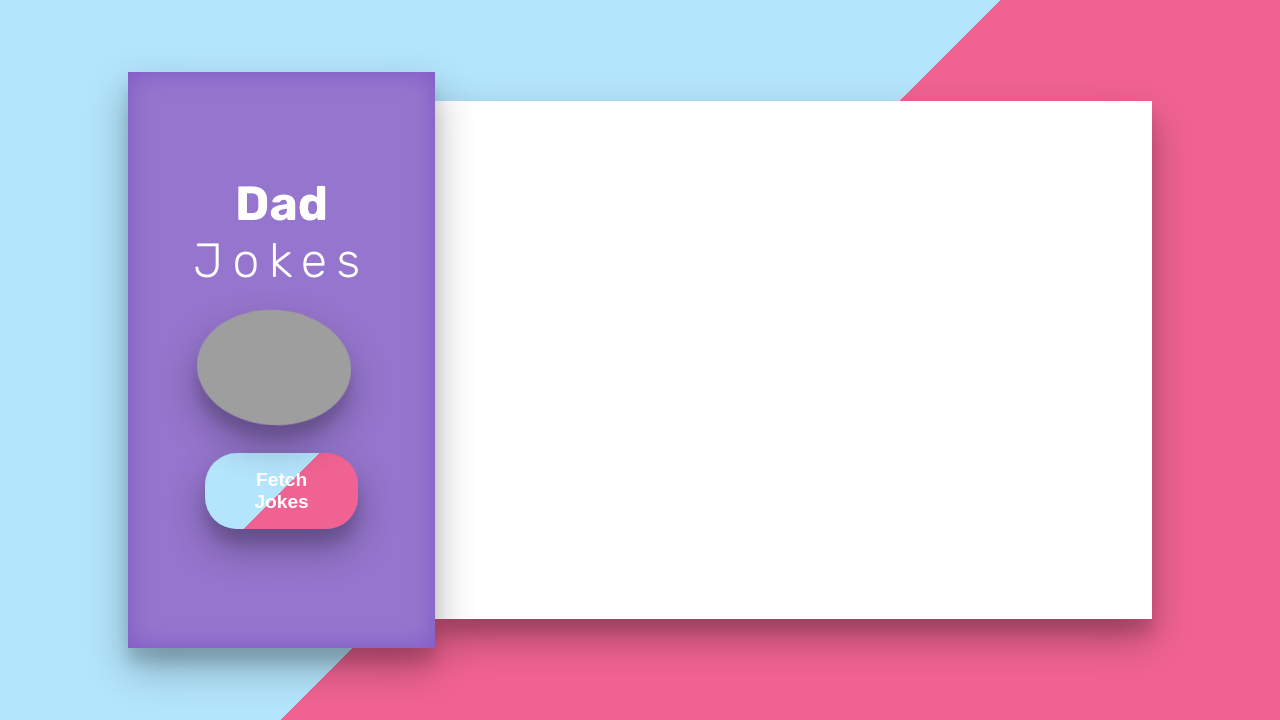
Repository: zhapar/dad-jokes
Page: /
These files come from the project's save history. The page is drawn as it stood at one moment and after the next save; the edit follows.
The browser window is 1280 px wide. The pictures show the whole page.
The pointer rests on the first visible `.JokeList-sidebar img`.
Pictures or frames that could not be fetched are drawn as grey boxes. The page's requests for data from a server got no answer. The project was rebuilt for these pictures with package versions that can differ from the ones it lists, and the page was loaded fresh each time. No one was signed in, and anything a server would have sent is missing. Also part of the build but not shown: src/Joke.css, src/Joke.js.

Above is the page before, as saved 2020-08-30 16:01:54.

### src/App.js
import React from "react";
import JokeList from "./JokeList";
import "./App.css";

function App() {
  return (
    <div className="App">
      <JokeList />
    </div>
  );
}

export default App;

### src/JokeList.js
import React, { Component } from "react";
import Joke from "./Joke";
import axios from "axios";
import { v4 as uuid } from "uuid";
import "./JokeList.css";

class JokeList extends Component {
  static defaultProps = {
    numJokesToGet: 10,
  };

  constructor(props) {
    super(props);
    this.state = {
      loading: false,
      jokes: JSON.parse(window.localStorage.getItem("jokes") || "[]"),
    };
    this.seenJokes = new Set(this.state.jokes.map((j) => j.text));
    this.handleClick = this.handleClick.bind(this);
  }

  componentDidMount() {
    if (this.state.jokes.length === 0) {
      this.getJokes();
    }
  }

  async getJokes() {
    try {
      let jokes = [];
      while (jokes.length < this.props.numJokesToGet) {
        let res = await axios.get("https://icanhazdadjoke.com/", {
          headers: { Accept: "application/json" },
        });
        const newJoke = res.data.joke;
        if (!this.seenJokes.has(newJoke)) {
          jokes.push({ id: uuid(), text: newJoke, votes: 0 });
        } else {
          console.log(`It's duplicate: ${newJoke}`);
        }
      }
      this.setState(
        (st) => ({
          loading: false,
          jokes: [...st.jokes, ...jokes],
        }),
        () => {
          window.localStorage.setItem(
            "jokes",
            JSON.stringify(this.state.jokes)
          );
        }
      );
    } catch (e) {
      alert(e);
    }
  }

  handleVote(id, delta) {
    this.setState(
      (st) => ({
        jokes: st.jokes.map((j) =>
          j.id === id ? { ...j, votes: j.votes + delta } : j
        ),
      }),
      () => {
        window.localStorage.setItem("jokes", JSON.stringify(this.state.jokes));
      }
    );
  }

  handleClick() {
    this.setState({ loading: true }, this.getJokes);
  }

  render() {
    if (this.state.loading) {
      return (
        <div className="JokeList-spinner">
          <i className="far fa-laugh fa-8x fa-spin"></i>
          <h1 className="JokeList-title">Loading...</h1>
        </div>
      );
    }
    let jokes = this.state.jokes.sort((a, b) => b.votes - a.votes);
    return (
      <div className="JokeList">
        <div className="JokeList-sidebar">
          <h1 className="JokeList-title">
            <span>Dad</span> Jokes
          </h1>
          <img
            src="https://assets.dryicons.com/uploads/icon/svg/8927/0eb14c71-38f2-433a-bfc8-23d9c99b3647.svg"
            alt="Smiling"
          />
          <button className="JokeList-getmore" onClick={this.handleClick}>
            Fetch Jokes
          </button>
        </div>
        <div className="JokeList-jokes">
          {jokes.map((j) => (
            <Joke
              key={j.id}
              text={j.text}
              votes={j.votes}
              upvote={() => this.handleVote(j.id, 1)}
              downvote={() => this.handleVote(j.id, -1)}
            />
          ))}
        </div>
      </div>
    );
  }
}

export default JokeList;

### src/App.css
@import url('https://fonts.googleapis.com/css2?family=Rubik:wght@300;400;700&display=swap');

.App {
  display: flex;
  justify-content: center;
  align-items: center;
  height: 100vh;
  font-family: 'Rubik', sans-serif;
  color: #78909c;
  background: linear-gradient(135deg,
      rgba(179, 229, 252, 1) 0%,
      rgba(179, 229, 252, 1) 50%,
      rgba(240, 98, 146, 1) 50%,
      rgba(240, 98, 146, 1) 100%);
}

### src/JokeList.css
.JokeList {
  display: flex;
  width: 80%;
  height: 80%;
}

.JokeList-sidebar {
  background-color: #9575cd;
  display: flex;
  flex-direction: column;
  justify-content: center;
  align-items: center;
  width: 30%;
  text-align: center;
  box-shadow: 0 19px 38px rgba(0, 0, 0, .3), 0 15px 12px rgba(0, 0, 0, .1), inset 0 0 25px #7e57c2;
  z-index: 1;
}

.JokeList-title {
  font-size: 3rem;
  margin: 1rem;
  color: #ffffff;
  font-weight: 300;
  letter-spacing: 0.6rem;
}

.JokeList-title span {
  font-weight: 700;
  letter-spacing: 0;
}

.JokeList-sidebar img {
  width: 50%;
  box-shadow: 0 19px 38px rgba(0, 0, 0, 0.3), 0 15px 12px rgba(0, 0, 0, 0.1);
  border-radius: 50%;
}

.JokeList-sidebar img:hover {
  animation-name: shake-slow;
  animation-duration: 5s;
  animation-timing-function: ease-in-out;
  animation-delay: 0s;
}

.JokeList-jokes {
  height: 90%;
  background: #ffffff;
  align-self: center;
  width: 70%;
  overflow-y: scroll;
  box-shadow: 0 19px 38px rgba(0, 0, 0, 0.3), 0 15px 12px rgba(0, 0, 0, 0.1);
}

.JokeList-spinner {
  color: #fff;
  text-align: center;
}

.JokeList-getmore {
  width: 50%;
  font-size: 1.2rem;
  margin: 2rem;
  padding: 1rem 2rem;
  border-radius: 2rem;
  word-spacing: 0.5rem;
  border: none;
  outline: none;
  color: #ffffff;
  cursor: pointer;
  transition: 0.8s cubic-bezier(0.2, 1, 0.2, 1);
  font-weight: 700;
  box-shadow: 0 19px 38px rgba(0, 0, 0, 0.3), 0 15px 12px rgba(0, 0, 0, 0.1);
  background: linear-gradient(135deg,
      rgba(179, 229, 252, 1) 0%,
      rgba(179, 229, 252, 1) 50%,
      rgba(240, 98, 146, 1) 50%,
      rgba(240, 98, 146, 1) 100%);
}

.JokeList-getmore:hover {
  box-shadow: 0 15px 30px rgba(0, 0, 0, 0.25);
  transform: translateY(-2px);
}

@keyframes shake-slow {
  0% {
    transform: translate(0px, 0px) rotate(0deg);
  }

  2% {
    transform: translate(5px, -6px) rotate(3.5deg);
  }

  4% {
    transform: translate(1px, -4px) rotate(2.5deg);
  }

  6% {
    transform: translate(-4px, -6px) rotate(0.5deg);
  }

  8% {
    transform: translate(2px, -9px) rotate(-0.5deg);
  }

  10% {
    transform: translate(5px, -5px) rotate(0.5deg);
  }

  12% {
    transform: translate(6px, 1px) rotate(0.5deg);
  }

  14% {
    transform: translate(5px, 2px) rotate(-1.5deg);
  }

  16% {
    transform: translate(8px, -6px) rotate(-0.5deg);
  }

  18% {
    transform: translate(-6px, -6px) rotate(3.5deg);
  }

  20% {
    transform: translate(-8px, 7px) rotate(-1.5deg);
  }

  22% {
    transform: translate(3px, 9px) rotate(1.5deg);
  }

  24% {
    transform: translate(-7px, 6px) rotate(3.5deg);
  }

  26% {
    transform: translate(9px, -5px) rotate(1.5deg);
  }

  28% {
    transform: translate(10px, 1px) rotate(-1.5deg);
  }

  30% {
    transform: translate(-8px, 5px) rotate(3.5deg);
  }

  32% {
    transform: translate(-9px, 5px) rotate(-1.5deg);
  }

  34% {
    transform: translate(-6px, 8px) rotate(0.5deg);
  }

  36% {
    transform: translate(6px, -2px) rotate(0.5deg);
  }

  38% {
    transform: translate(3px, 3px) rotate(3.5deg);
  }

  40% {
    transform: translate(6px, 10px) rotate(-1.5deg);
  }

  42% {
    transform: translate(2px, -2px) rotate(1.5deg);
  }

  44% {
    transform: translate(-6px, 8px) rotate(-0.5deg);
  }

  46% {
    transform: translate(-5px, 9px) rotate(-2.5deg);
  }

  48% {
    transform: translate(-4px, 2px) rotate(3.5deg);
  }

  50% {
    transform: translate(-9px, -3px) rotate(-1.5deg);
  }

  52% {
    transform: translate(3px, -2px) rotate(1.5deg);
  }

  54% {
    transform: translate(10px, 8px) rotate(3.5deg);
  }

  56% {
    transform: translate(7px, 8px) rotate(0.5deg);
  }

  58% {
    transform: translate(-4px, -3px) rotate(-0.5deg);
  }

  60% {
    transform: translate(9px, -4px) rotate(-1.5deg);
  }

  62% {
    transform: translate(-8px, -6px) rotate(1.5deg);
  }

  64% {
    transform: translate(-1px, -2px) rotate(3.5deg);
  }

  66% {
    transform: translate(0px, -8px) rotate(0.5deg);
  }

  68% {
    transform: translate(8px, -7px) rotate(0.5deg);
  }

  70% {
    transform: translate(3px, 4px) rotate(1.5deg);
  }

  72% {
    transform: translate(3px, 2px) rotate(1.5deg);
  }

  74% {
    transform: translate(-5px, -9px) rotate(0.5deg);
  }

  76% {
    transform: translate(1px, -8px) rotate(2.5deg);
  }

  78% {
    transform: translate(3px, 7px) rotate(-1.5deg);
  }

  80% {
    transform: translate(-9px, -4px) rotate(0.5deg);
  }

  82% {
    transform: translate(0px, -4px) rotate(-2.5deg);
  }

  84% {
    transform: translate(-7px, -3px) rotate(0.5deg);
  }

  86% {
    transform: translate(-8px, 6px) rotate(-1.5deg);
  }

  88% {
    transform: translate(3px, 4px) rotate(2.5deg);
  }

  90% {
    transform: translate(5px, 7px) rotate(2.5deg);
  }

  92% {
    transform: translate(2px, -8px) rotate(-2.5deg);
  }

  94% {
    transform: translate(-1px, -2px) rotate(-1.5deg);
  }

  96% {
    transform: translate(-4px, 10px) rotate(-1.5deg);
  }

  98% {
    transform: translate(10px, -9px) rotate(2.5deg);
  }
}

Loaded but not shown: src/index.js (common file); src/index.css (common file); src/serviceWorker.js (common file)

After the next save:
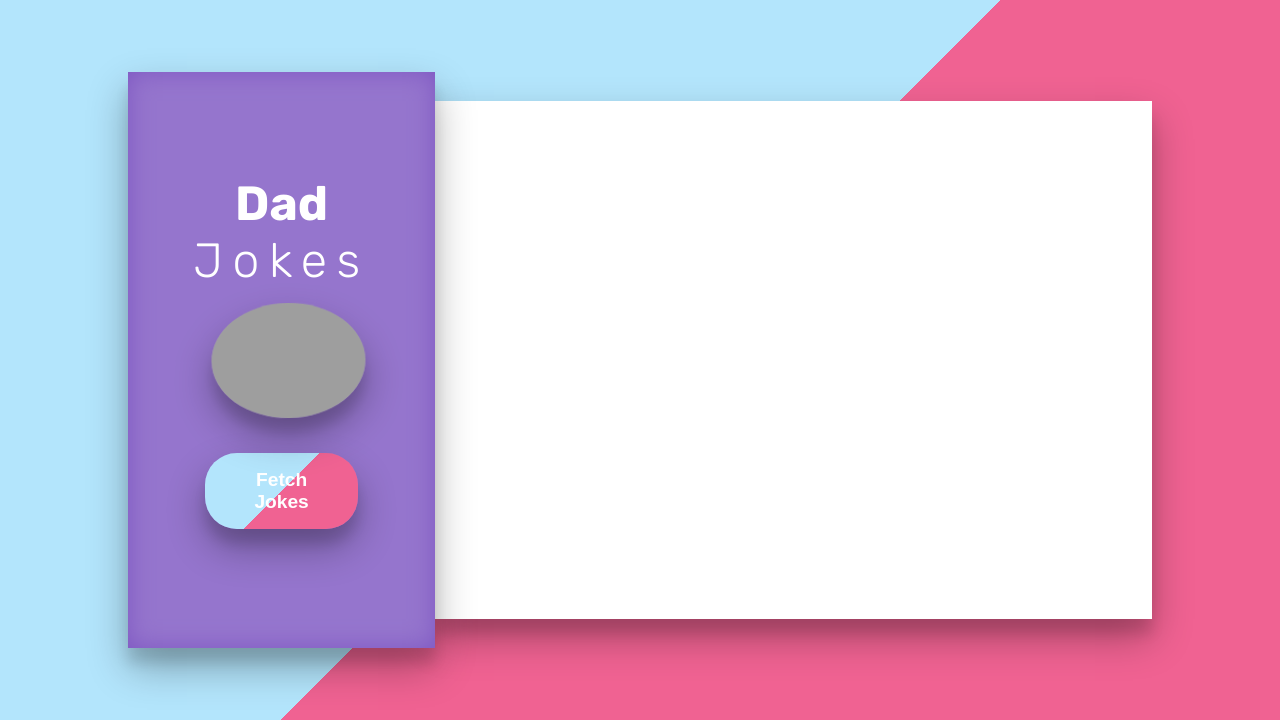
Saved 18 s later.
--- a/src/JokeList.css
+++ b/src/JokeList.css
@@ -37,7 +37,7 @@
 
 .JokeList-sidebar img:hover {
   animation-name: shake-slow;
-  animation-duration: 5s;
+  animation-duration: 10s;
   animation-timing-function: ease-in-out;
   animation-delay: 0s;
 }

After the save that followed:
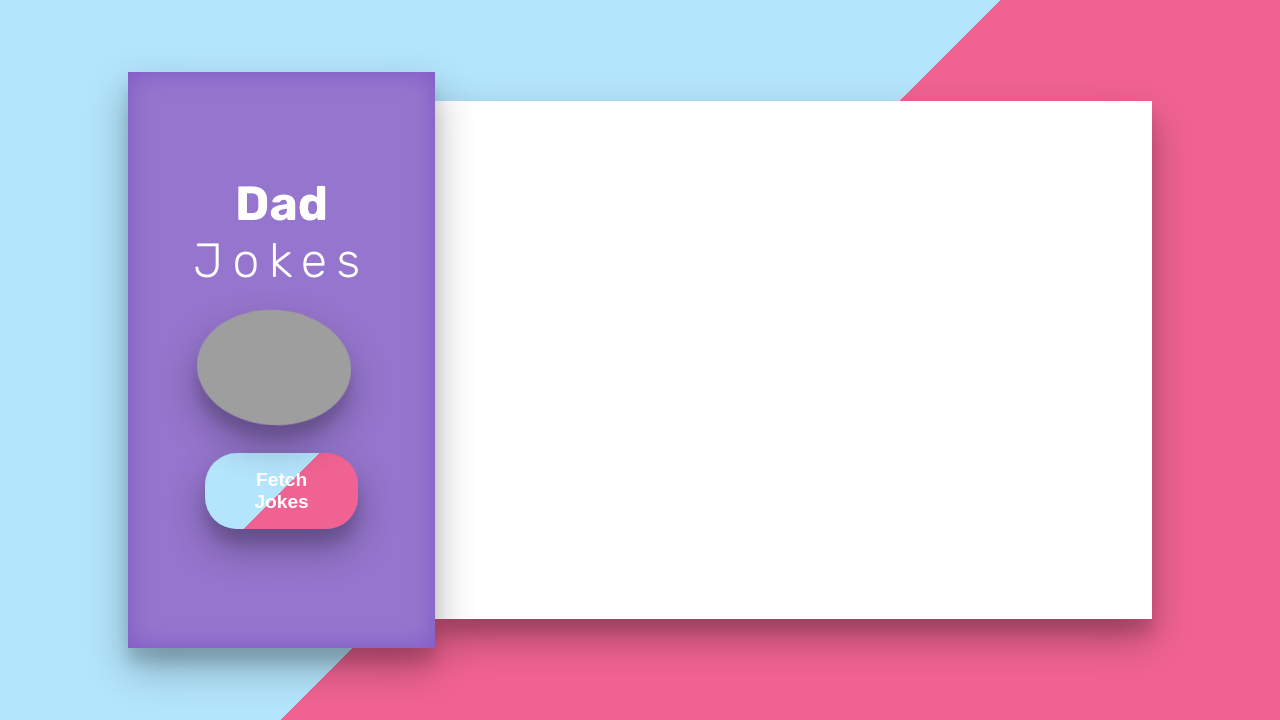
Saved 13 s later.
--- a/src/JokeList.css
+++ b/src/JokeList.css
@@ -37,7 +37,7 @@
 
 .JokeList-sidebar img:hover {
   animation-name: shake-slow;
-  animation-duration: 10s;
+  animation-duration: 5s;
   animation-timing-function: ease-in-out;
   animation-delay: 0s;
 }
